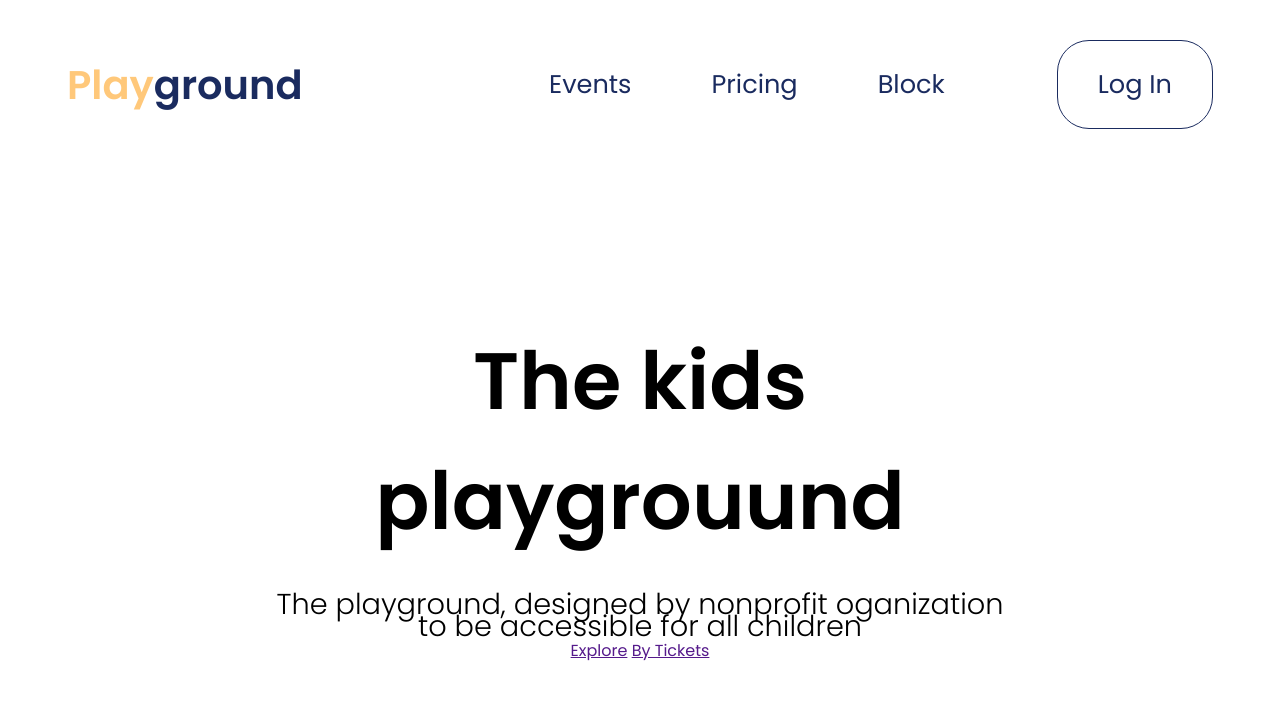
Repository: tuanpham-aptech/front-end
Page: psdtohtml/playgroud/index.html
The author's editor kept a copy of each file at every save. The page is drawn from the files as they stood at one save, then again after the next save.
The browser window is 1280 px wide. The pictures show the whole page.
Some web libraries are served in a nearby version.

Above is the page before, as saved 2021-10-13 17:56:25.

### psdtohtml/playgroud/index.html
<!DOCTYPE html>
<html lang="en">
<head>
    <meta charset="UTF-8">
    <meta http-equiv="X-UA-Compatible" content="IE=edge">
    <meta name="viewport" content="width=device-width, initial-scale=1.0">
    <title>PlayGround</title>
    <link rel="preconnect" href="https://fonts.googleapis.com">
<link rel="preconnect" href="https://fonts.gstatic.com" crossorigin>
<link href="https://fonts.googleapis.com/css2?family=Poppins:wght@300;400;600&display=swap" rel="stylesheet">
<link rel="stylesheet" href="https://pro.fontawesome.com/releases/v5.10.0/css/all.css" integrity="sha384-AYmEC3Yw5cVb3ZcuHtOA93w35dYTsvhLPVnYs9eStHfGJvOvKxVfELGroGkvsg+p" crossorigin="anonymous"/>
<link rel="stylesheet" href="./assets/css/style.css">
</head>
<body>
    <div class="wrapper">
        <div class="header">
            <div class="container header__inner">
                <a href="#" class="logo">
                    <span class="logo__text">Play</span>ground
                </a>
                <nav class="header__menu">
                    <ul class="header__menu-list">
                        <li class="header__menu-item">
                            <a href="#" class="header__menu-link">
                                Events
                            </a>
                        </li>
                        <li class="header__menu-item">
                            <a href="#" class="header__menu-link">
                                Pricing
                            </a>
                        </li>
                        <li class="header__menu-item">
                            <a href="#" class="header__menu-link">
                                Block
                            </a>
                        </li>
                        <li class="header__menu-item">
                            <a href="#" class="header__menu-link header__login">
                                Log In
                            </a>
                        </li>
                    </ul>
                </nav>
            </div>
        </div>
        <section class="banner">
           <div class="container">
            <h1 class="banner__heading">The kids playgrouund</h1>
            <p class="banner__desc">The playground, designed by nonprofit oganization to be accessible for all children</p>
            <div class="banner__buttons">
                <a href="" class="btn">Explore</a>
                <a href="" class="btn">By Tickets</a>
            </div>
           </div>
        </section>
    </div>
</body>
</html>

### psdtohtml/playgroud/assets/css/style.css
* {
    box-sizing: border-box;
    padding: 0;
    margin: 0;
    -webkit-box-sizing: border-box;
}
:root {
    --primary-color: #ffc87a;
    --text-color: #1a2b5f;
}
body {
    font-family: 'Poppins', sans-serif;
}
.wrapper {
    max-width: 1440px;
    margin: 0 auto;
}

.container {
    max-width: 1210px;
    padding-left: 2rem;
    padding-right: 2rem;
    margin: 0 auto;
}

.header {
    padding-top: 40px;
}

.header__inner {
    display: flex;
    justify-content: space-between;
    align-items: center;
}

.header__menu-list {
    display: flex;
    align-items: center;
    list-style: none;
}

.header__menu-item {
    margin-left: 5rem;
}

.header__menu-item:last-child {
    margin-left: 7rem;
}

.header__menu-link {
    transition: color 0.25s linear;
    text-decoration: none;
    font-size: 1.6rem;
    color:var(--text-color);
}

.header__menu-link:hover {
    color:var(--primary-color);
}

.header__login {
    padding: 1.5rem 2.5rem;
    display: inline-block;
    border: 1px solid;
    border-radius: 2rem;
}
.logo {
    font-size: 2.5rem;
    font-weight: 600;
    text-decoration: none;
    color:var(--text-color);

}

.logo__text {
    color:var(--primary-color);
}

.banner {
    padding-top: 12rem;
    max-width:800px;
    margin: 0 auto;
    text-align: center;
}

.banner__heading {
    margin-bottom: 2rem;
    font-size: 5rem;
    font-weight: 600;
}

.banner__desc {
    font-size: 1.8rem;
    font-weight: 300;
    line-height: 1.4rem;
}

After the next save:
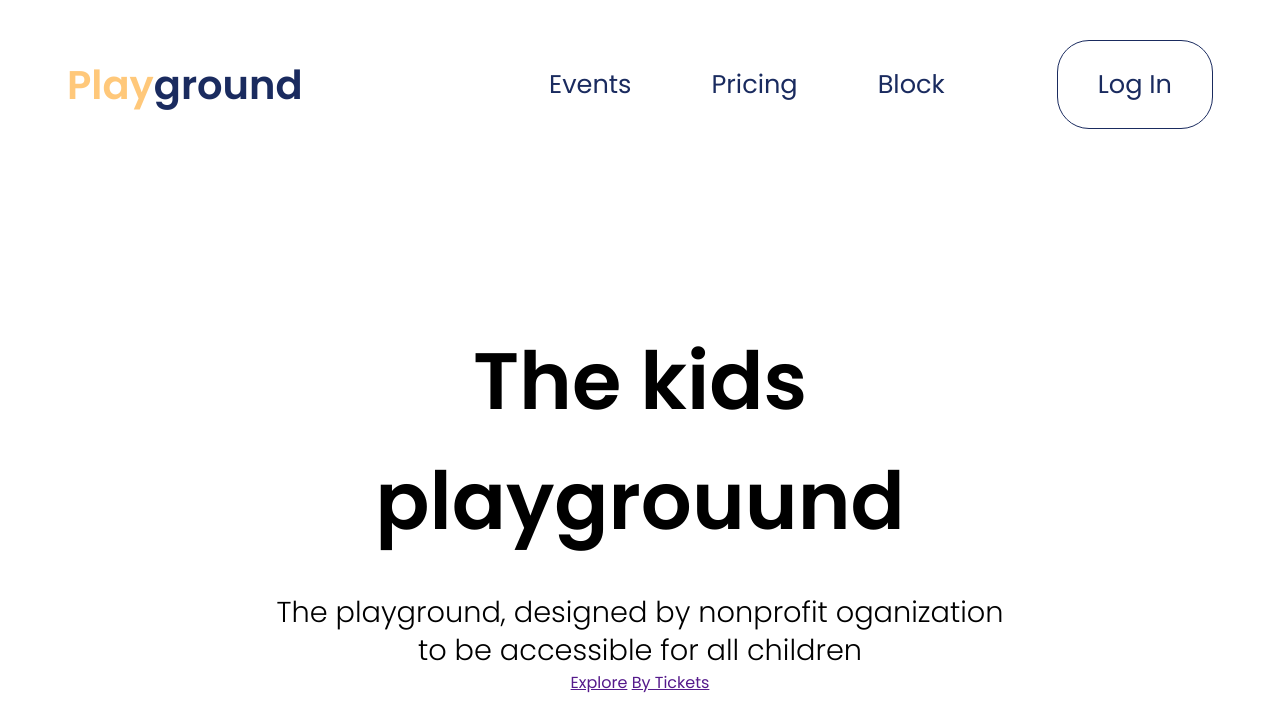
Saved 15 s later.
--- a/psdtohtml/playgroud/assets/css/style.css
+++ b/psdtohtml/playgroud/assets/css/style.css
@@ -92,5 +92,5 @@
 .banner__desc {
     font-size: 1.8rem;
     font-weight: 300;
-    line-height: 1.4rem;
+    line-height: 2.4rem;
 }
